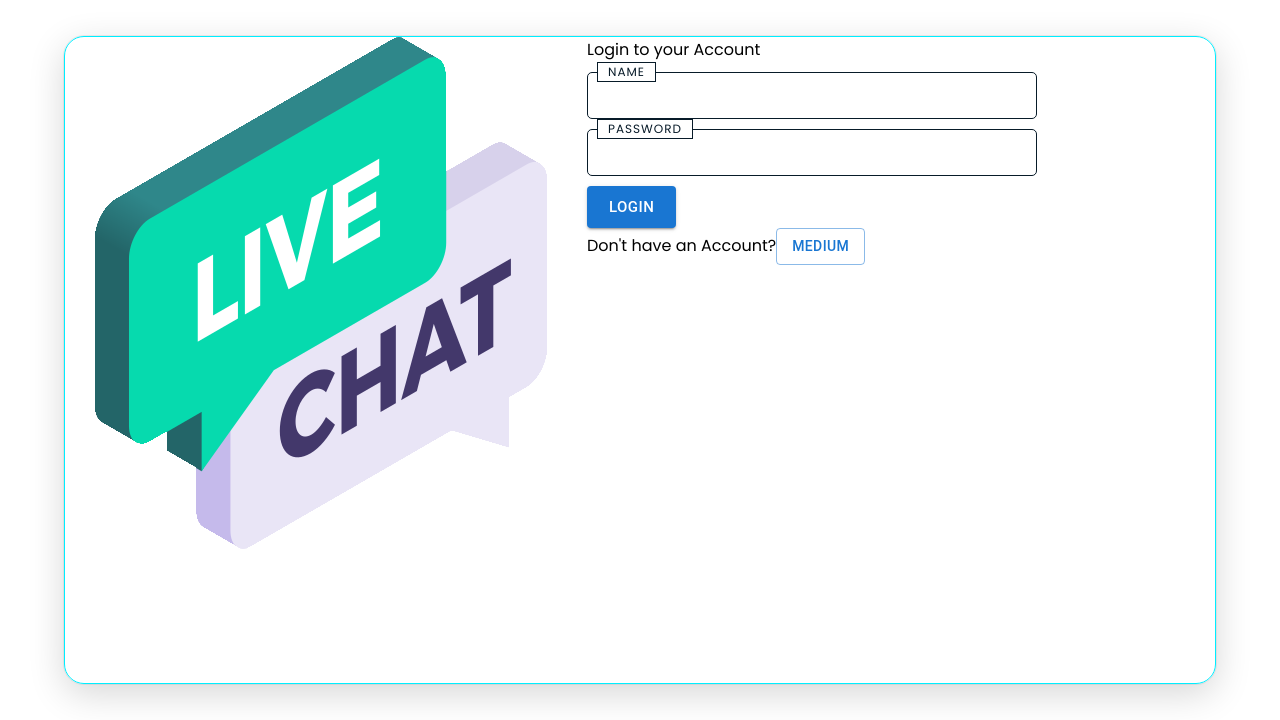
Repository: swastikjhacoder/mern-chat-frontend-only
Page: /
These files come from the project's save history. The page is drawn as it stood at one moment and after a run of saves; the edit follows.
The browser window is 1280 px wide. The pictures show the whole page.
The project was rebuilt for these pictures with package versions that can differ from the ones it lists, and the page was loaded fresh each time. Also part of the build but not shown: src/components/chat/ConversationList.jsx, src/components/chat/SideBar.jsx, src/components/MainContainer.jsx, src/components/chat/MessageOthers.jsx, src/components/chat/MessageSelf.jsx, src/components/chat/ChatContainer.jsx, src/components/chat/OnlineUsers.jsx, src/components/chat/OnlineUsersGroup.jsx and 4 more.

Above is the page before, as saved 2023-09-22 08:25:02.

### src/index.css
@import url('https://fonts.googleapis.com/css2?family=Poppins:ital,wght@0,100;0,200;0,300;0,400;0,500;0,600;0,700;0,800;0,900;1,400&display=swap');

:root {
  --border-color: #0ef;
  --body-color: #081b29;
  --container-default-color: #fff;
  --self-message-background-color: #63d7b0;
  --other-message-background-color: #e2e4e3;
  --box-shadow: rgba(0, 0, 0, 0.16) 0px 10px 36px 0px, rgba(0, 0, 0, 0.06) 0px 0px 0px 1px;

  --large-font-size: 32px;
  --heading-font-size: 24px;
  --medium-font-size: 18px;
  --normal-font-size: 16px;
  --small-font-size: 12px;
  --tiny-font-size: 10px;

  --bolder-font-weight: 600;
}

::-webkit-scrollbar {
  width: 6px !important;
  height: 6px !important;
}

::-webkit-scrollbar-track {
  background: hsla(0, 0%, 100%, -1);
}

::-webkit-scrollbar-thumb {
  background: rgba(0, 0, 0, 0.2);
}


* {
  margin: 0;
  padding: 0;
  box-sizing: border-box;
  font-family: 'Poppins', sans-serif;
}

body {
  display: flex;
  flex-direction: column;
  justify-content: center;
  align-items: center;
}

.app-container {
  display: flex;
  width: 100vw;
  height: 100vh;
  flex-direction: column;
  justify-content: center;
  align-items: center;
}

.container {
  display: flex;
  flex-direction: row;
  gap: 10px;
  width: 90vw;
  height: 90vh;
  border-radius: 20px;
  border: 1px solid var(--border-color);
  box-shadow: var(--box-shadow);
}

.left-sidebar-container {
  display: flex;
  flex-direction: column;
  flex: 0.3;
  padding: 10px;
}

.sb-header {
  display: flex;
  flex-direction: row;
  border-radius: 20px;
  justify-content: space-between;
  padding: 5px;
  box-shadow: var(--box-shadow);
}

.sb-header >div {
  width: max-content;
}

.icon {
  font-size: var(--large-font-size) !important;
  margin: 10px;
}

.sb-search {
  display: flex;
  flex-direction: row;
  width: 100%;
  padding: 10px;
  margin-top: 10px;
  border-radius: 20px;
  box-shadow: var(--box-shadow);
}

.input-box {
  position: relative;
  width: 450px;
  margin: 10px 0;
}

.input-box input {
  width: 100%;
  padding: 10px;
  background: transparent;
  border-radius: 5px;
  color: var(--body-color);
  outline: none;
  font-size: var(--title-text-size);
}

.input-box span {
  position: absolute;
  left: 0;
  padding: 0 10px;
  pointer-events: none;
  font-size: var(--small-font-size);
  text-transform: uppercase;
  letter-spacing: 1px;
  transform: translateX(10px) translateY(-10px);
}

.sb-conversations {
  background-color: var(--container-color);
  border-radius: 20px;
  padding: 10px 5px;
  margin-top: 10px;
  flex: 1;
  overflow-y: scroll;
  box-shadow: var(--box-shadow);
}

.conversation-container {
  display: grid;
  grid-template-columns: 32px auto auto;
  grid-template-rows: auto auto;
  column-gap: 10px;
  padding: 5px;
  gap: 5px;
  margin: 5px;
  border-radius: 20px;
  transition-duration: .5s;
}

.con-icon {
  grid-area: 1/1/3/2;
  display: flex;
  justify-content: center;
  align-items: center;
  font-size: var(--large-font-size);
  font-weight: var(--bolder-font-weight);
  height: 32px;
  width: 32px;
  padding: 2px;
  border-radius: 50%;
  justify-self: center;
  align-self: center;
}

.con-title {
  grid-area: 1/2/2/4;
  font-weight: var(--bolder-font-weight);
  font-size: var(--medium-font-size);
}

.con-lastMessage {
  font-size: var(--normal-font-size);
}

.con-timeStamp {
  justify-self: flex-end;
  font-size: var(--small-font-size);
}

.right-sidebar-container {
  flex: .7;
  display: flex;
  flex-direction: column;
  gap: 10px;
  padding: 10px 10px 10px 0;
}

.chat-header {
  display: flex;
  justify-content: space-between;
  column-gap: 10px;
  padding: 10px;
  border-radius: 20px;
  box-shadow: var(--box-shadow);
}

.chat-header-info {
  display: flex;
  flex-direction: row;
  justify-content: center;
  align-items: center;
  gap: 10px;
}

.chat-message {
  flex: 1;
  background-color: var(--container-color);
  border-radius: 20px;
  padding: 20px 40px;
  overflow-y: scroll;
  box-shadow: var(--box-shadow);
}

.chat-input {
  display: flex;
  flex-direction: row;
  justify-content: space-between;
  align-items: center;
  border-radius: 20px;
  padding: 10px;
  box-shadow: var(--box-shadow)
}

.self-message-container {
  display: flex;
  justify-content: flex-end;
}

.self-message {
  display: flex;
  flex-direction: column;
  background-color: var(--self-message-background-color);
  width: max-content;
  padding: 10px 10px;
  margin: 5px;
  border-radius: 20px;
}
.self-title {
  font-weight: var(--bolder-font-weight);
  font-size: var(--medium-font-size);
}

.self-message {
  font-size: var(--normal-font-size);
}

.self-timestamp {
  margin-left: auto;
  font-size: var(--small-font-size);
}

.other-message-container {
  display: flex;
  justify-content: flex-start;
  flex-direction: row;
  gap: 5px;
  width: max-content;
  padding: 10px 10px;
  margin: 5px;
  border-radius: 20px;
}

.other-icon {
  display: flex;
  justify-content: center;
  align-items: center;
  font-size: var(--large-font-size);
  font-weight: var(--bolder-font-weight);
  height: 32px;
  width: 32px;
  padding: 2px;
  border-radius: 50%;
  justify-self: center;
  align-self: center;
}

.other-text-content {
  display: flex;
  flex-direction: column;
  background-color: var(--other-message-background-color);
  padding: 10px 10px;
  border-radius: 20px;
}

.other-title {
  font-weight: var(--bolder-font-weight);
  font-size: var(--medium-font-size);
}

.other-message {
  font-size: var(--normal-font-size);
}

.other-timestamp {
  margin-left: auto;
  font-size: var(--small-font-size);
}

.online-users-header {
  border-radius: 20px;
  display: flex;
  gap: 10px;
  padding: 5px;
  font-size: var(--medium-font-size);
  box-shadow: var(--box-shadow);
  align-items: center;
}

.online-users-search {
  display: flex;
  flex-direction: row;
  width: 100%;
  padding: 10px;
  border-radius: 20px;
  box-shadow: var(--box-shadow);
}

.online-users-list {
  border-radius: 20px;
  flex: 1;
  padding: 10px;
  overflow-y: scroll;
}

.online-user {
  display: flex;
  flex: 1;
  gap: 5px;
  border-radius: 20px;
  padding: 20px 40px;
  overflow-y: scroll;
  margin-bottom: 10px;
  align-items: center;
  cursor: pointer;
  transition-duration: .5s;
}

.ou-icon {
  display: flex;
  justify-content: center;
  align-items: center;
  font-size: var(--large-font-size);
  font-weight: var(--bolder-font-weight);
  height: 32px;
  width: 32px;
  padding: 2px;
  border-radius: 50%;
  justify-self: center;
  align-self: center;
}

.ou-title {
  font-size: var(--normal-font-size);
}

.groups-header {
  border-radius: 20px;
  display: flex;
  gap: 10px;
  padding: 5px;
  font-size: var(--medium-font-size);
  box-shadow: var(--box-shadow);
  align-items: center;
}

.group-search {
  display: flex;
  flex-direction: row;
  width: 100%;
  padding: 10px;
  border-radius: 20px;
  box-shadow: var(--box-shadow);
}

.group-list {
  border-radius: 20px;
  flex: 1;
  padding: 10px;
  overflow-y: scroll;
}

.group {
  display: flex;
  flex: 1;
  gap: 5px;
  border-radius: 20px;
  padding: 20px 40px;
  overflow-y: scroll;
  margin-bottom: 10px;
  cursor: pointer;
  transition-duration: .5s;
}

.g-title {
  font-size: var(--normal-font-size);
}

.create-group-header {
  border-radius: 20px;
  display: flex;
  gap: 10px;
  padding: 5px;
  font-size: var(--medium-font-size);
  box-shadow: var(--box-shadow);
  align-items: center;
}

.create-group-input {
  border-radius: 20px;
  padding: 10px 5px;
  display: flex;
  align-items: center;
  box-shadow: var(--box-shadow);
}

.welcome-container {
  display: flex;
  flex-direction: column;
  align-items: center;
  margin: auto auto;
  width: 100%;
  height: 100%;
  padding: 30px 30px;
  border-radius: 20px;
  box-shadow: var(--box-shadow);
}

.banner {
  margin: auto auto;
}

.banner img {
  height: 300px;
  width: 300px;
  margin-bottom: 30px;
}

.banner p {
  font-size: var(--medium-font-size);
  padding: 10px;
}

.login-container {
  display: flex;
  flex-direction: column;
  justify-content: center;
  align-items: center;
  gap: 20px;
  margin: auto auto;
  padding: 20px;
}

.login-container p {
  font-size: var(--heading-font-size);
}

.login {
  display: flex;
  flex-direction: column;
  gap: 10px;
}

.signUp-container {
  display: flex;
  flex-direction: column;
  justify-content: center;
  align-items: center;
  margin: auto auto;
  padding: 20px;
}

.signUp {
  display: flex;
  flex-direction: column;
  gap: 10px;
}

.signUp p {
  font-size: var(--heading-font-size);
}

.welcome-container {
  display: flex;
  flex-direction: column;
  justify-content: center;
  align-items: center;
  gap: 30px;
}

.welcome-container img {
  height: 300px;
}

.welcome-container p {
  font-size: var(--medium-font-size);
}

### src/App.js
// import { Button } from "@mui/material";
// import React from "react";
// import { useSelector, useDispatch } from "react-redux";
// import { toggleDarkMode, addUser, removeUser } from './redux/liveChatSlice';

// function App() {
//   const dispatch = useDispatch();
//   const mode = useSelector((state) => state.liveChat.mode);
//   const userInfo = useSelector((state) => state.liveChat.userInfo);
//   const background = useSelector( ( state ) => state.liveChat.background );
//   console.log(mode);
//   console.log(userInfo);
//   console.log(background);
//   return (
//     <>
//       <Button onClick={() => dispatch(toggleDarkMode())}>Click Me</Button>
//     </>
//   );
// }

// export default App;

import React from "react";
import { useSelector } from "react-redux";
import "./index.css";
import { BrowserRouter, Routes, Route } from "react-router-dom";
import MainContainer from "./components/MainContainer";
import ChatContainer from "./components/chat/ChatContainer";
import OnlineUsersGroup from "./components/chat/OnlineUsersGroup";
import GroupList from "./components/chat/GroupList";
import CreateGroup from "./components/chat/CreateGroup";
import ChatWelcome from "./components/chat/ChatWelcome";
import LoginSignUp from "./components/Login_SignUp";

const App = () => {
  const background = useSelector((state) => state.liveChat.background);
  return (
    <>
      <div style={{ backgroundColor: background }} className="app-container">
        <BrowserRouter>
          <Routes>
            <Route path="/" element={<LoginSignUp />}/>
            <Route path="app" element={<MainContainer />}>
              <Route path="welcome" element={<ChatWelcome />} />
              <Route path="chat" element={<ChatContainer />} />
              <Route path="users" element={<OnlineUsersGroup />} />
              <Route path="create-groups" element={<CreateGroup />} />
              <Route path="groups" element={<GroupList />} />
            </Route>
          </Routes>
        </BrowserRouter>
      </div>
    </>
  );
};

export default App;

### src/redux/store.js
import { configureStore } from '@reduxjs/toolkit';
import liveChatReducer from './liveChatSlice';

export const store = configureStore({
  reducer: {
    liveChat: liveChatReducer,
  },
});

### src/components/Login_SignUp.jsx
import React, { useState } from 'react';
import logo from "../Icons/icon_x512.png";
import { useSelector } from "react-redux";
import { Button } from "@mui/material";

const Login = ({ toggleForm }) => {
  const { background, color } = useSelector((state) => state.liveChat);
  return (
    <>
      <div className="login-box">
        <p>Login to your Account</p>
        <div className="input-box">
          <input
            type="name"
            name="name"
            required="required"
            style={{ border: `1px solid ${color}`, color: color }}
          />
          <span
            style={{
              color: color,
              border: `1px solid ${color}`,
              background: background,
            }}
          >
            Name
          </span>
        </div>
        <div className="input-box">
          <input
            type="password"
            name="password"
            required="required"
            style={{ border: `1px solid ${color}`, color: color }}
          />
          <span
            style={{
              color: color,
              border: `1px solid ${color}`,
              background: background,
            }}
          >
            Password
          </span>
        </div>
        <Button variant="contained" size="large">
          Login
        </Button>
        <p className="create-account">
          Don't have an Account?
          <Button variant="outlined" size="medium">
            Medium
          </Button>
        </p>
      </div>
    </>
  );
};

const SignUp = ({ toggleForm }) => {
  const { background, color } = useSelector((state) => state.liveChat);
  return (
    <>
      <div className="login-box">
        <p >Register your Account</p>
        <div className="input-box">
          <input
            type="text"
            name="name"
            required="required"
          />
          <span>Name</span>
        </div>
        <div className="input-box">
          <input
            type="email"
            name="email"
            required="required"
          />
          <span>Email</span>
        </div>
        <div className="input-box">
          <input
            type="text"
            name="mobile"
            required="required"
          />
          <span>Mobile</span>
        </div>
        <div className="input-box">
          <input
            type="password"
            name="password"
            required="required"
          />
          <span>Password</span>
        </div>
        <div className="input-box">
          <input type="file" name="file"  />
          <span>Profile Picture</span>
        </div>
        <p className="create-account">
          Already have an Account?
          <button onClick={() => toggleForm()}>Login</button>
        </p>
      </div>
    </>
  );
};

const Login_SignUp = () => {
  const [loginLoaded, setLoginLoaded] = useState(true);
  const toggleForm = () => {
    setLoginLoaded(!loginLoaded);
  };
  return (
    <div className="container">
      <div className="image-box">
        <img src={logo} alt="logo" />
      </div>
      <div className="login-box">
        {loginLoaded === false ? (
          <SignUp toggleForm={toggleForm} />
        ) : (
          <Login toggleForm={toggleForm} />
        )}
      </div>
    </div>
  );
}

export default Login_SignUp

### src/redux/liveChatSlice.js
import { createSlice } from "@reduxjs/toolkit";

const initialState = {
  mode: JSON.parse(localStorage.getItem("darkMode")) || false,
  userInfo: JSON.parse(localStorage.getItem("chatUserInfo")) || null,
  background: JSON.parse(localStorage.getItem("backgroundColor")) || "#fff",
  color: JSON.parse(localStorage.getItem("color")) || "#081b29",
};

export const liveChatSlice = createSlice({
  name: "liveChat",
  initialState,
  reducers: {
    toggleDarkMode: (state) => {
      state.mode = !state.mode;
      if (!state.mode) {
        state.background = "#fff";
        state.color = "#081b29";
      } else {
        state.background = "#081b29";
        state.color = "#fff";
      }
      localStorage.setItem("darkMode", JSON.stringify(state.mode));
      localStorage.setItem("backgroundColor", JSON.stringify(state.background));
      localStorage.setItem("color", JSON.stringify(state.color));
    },
    addUser: (state, action) => {
      state.userInfo = action.payload;
      localStorage.setItem("chatUserInfo", JSON.stringify(state.userInfo));
    },
    removeUser: (state) => {
      state.userInfo = null;
      localStorage.setItem("chatUserInfo", JSON.stringify(state.userInfo));
    },
  },
});

export const { toggleDarkMode, addUser, removeUser } =
  liveChatSlice.actions;
export default liveChatSlice.reducer;

Loaded but not shown: src/index.js (common file)

After the next 5 saves:
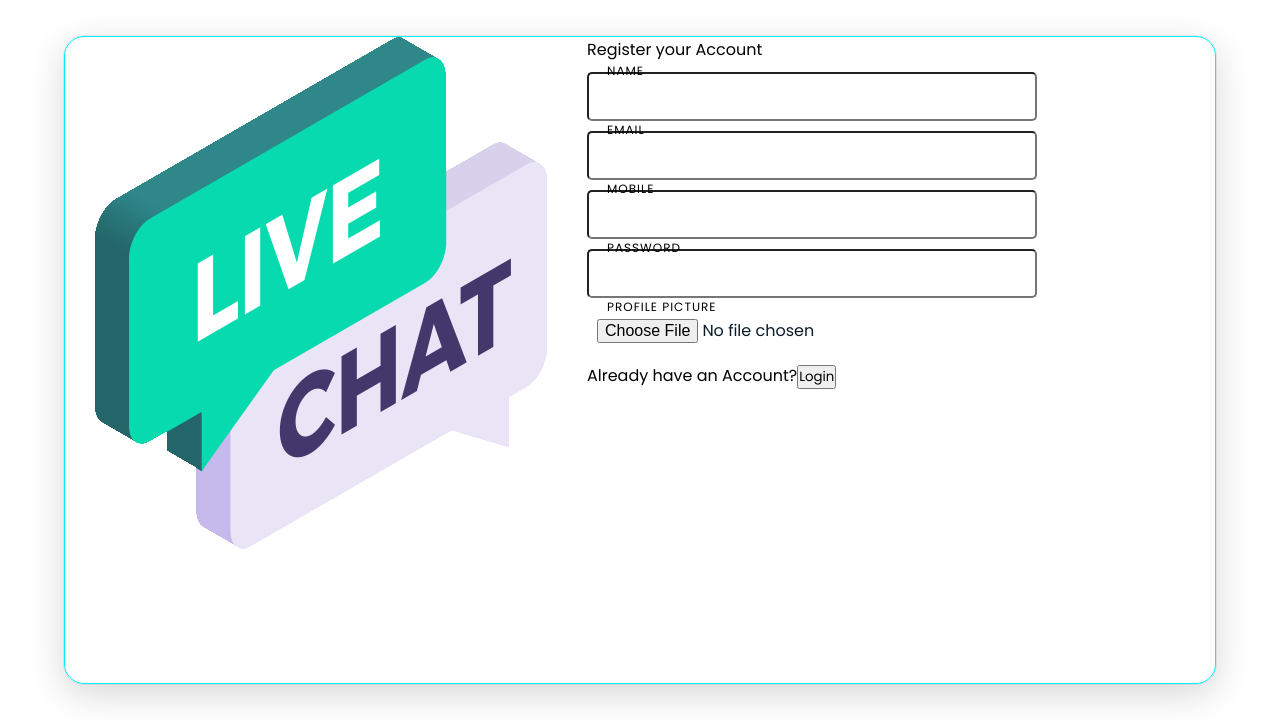
The 5 saves are shown as one change because they came seconds apart.
The last was saved 16 s later.
--- a/src/components/Login_SignUp.jsx
+++ b/src/components/Login_SignUp.jsx
@@ -48,7 +48,7 @@
         </Button>
         <p className="create-account">
           Don't have an Account?
-          <Button variant="outlined" size="medium">
+          <Button variant="outlined" size="medium" onClick={toggleForm()}>
             Medium
           </Button>
         </p>

After the save that followed:
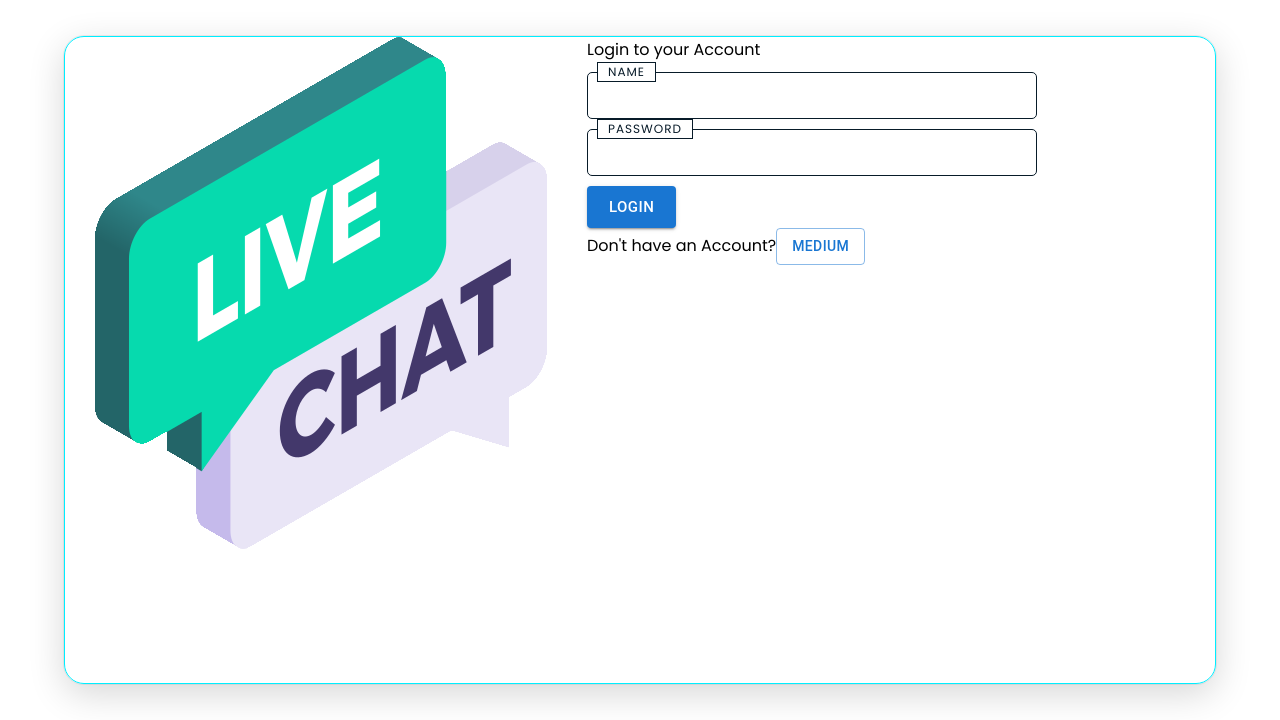
Saved 16 s later.
--- a/src/components/Login_SignUp.jsx
+++ b/src/components/Login_SignUp.jsx
@@ -48,7 +48,7 @@
         </Button>
         <p className="create-account">
           Don't have an Account?
-          <Button variant="outlined" size="medium" onClick={toggleForm()}>
+          <Button variant="outlined" size="medium" onClick={()=> toggleForm()}>
             Medium
           </Button>
         </p>
